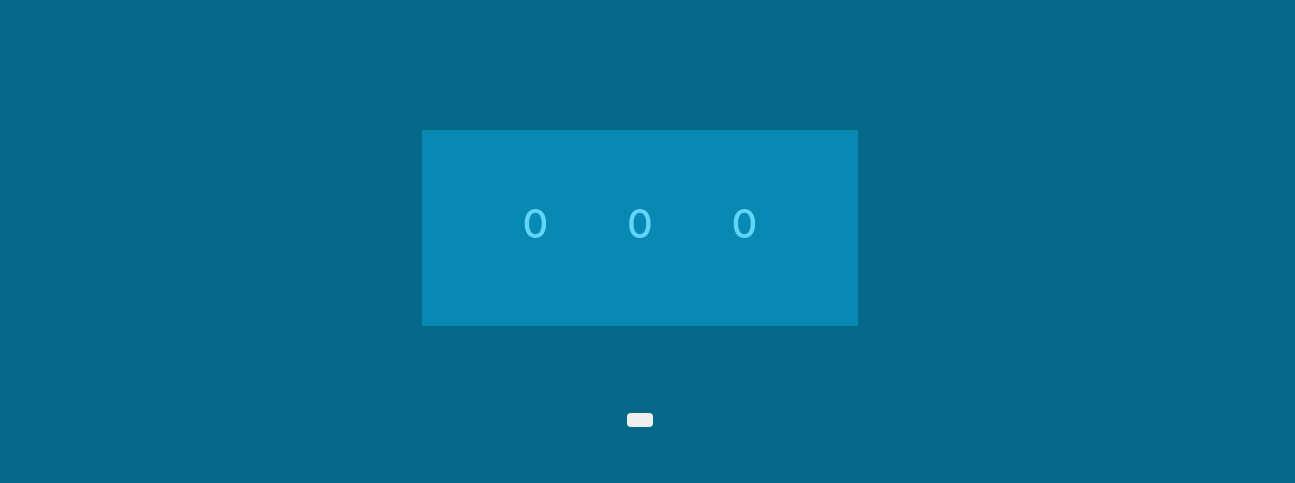
Repository: moiz9265/stopwatch
Page: index.html
These files come from the project's save history. The page is drawn as it stood at one moment and after a run of saves; the edit follows.
The browser window is 1280 px wide. The page is 1295 px wide, so the pictures cover 1295 px, including what lies to the right of the window. The pictures show the whole page.

Above is the page before, as saved 2020-07-09 22:58:55.

After the next 2 saves:
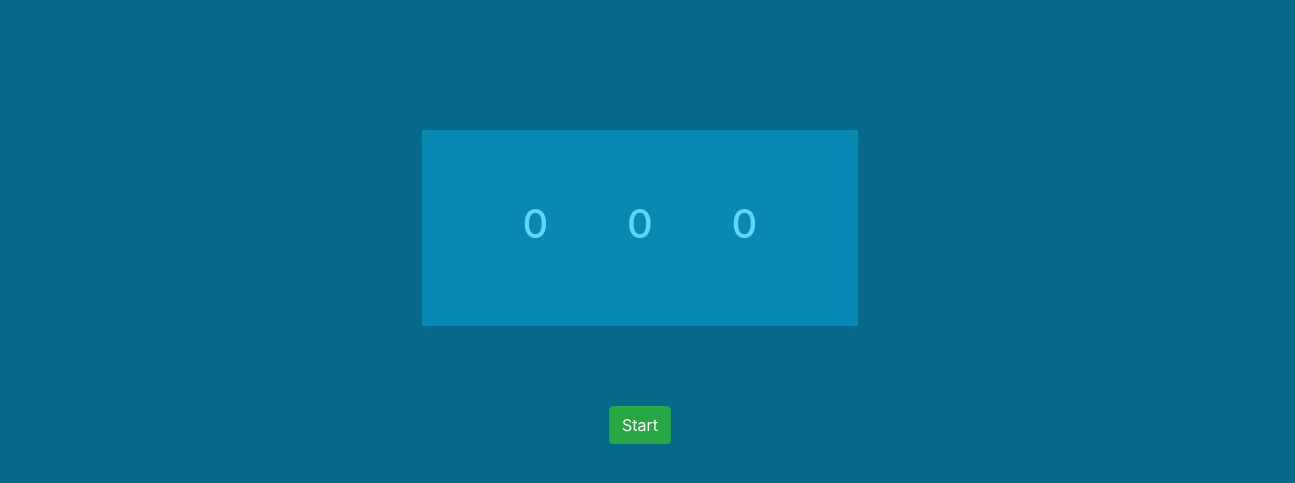
The 2 saves are shown as one change because they came seconds apart.
The last was saved 17 s later.
--- a/index.html
+++ b/index.html
@@ -32,7 +32,7 @@
 
             </div>
             <div  style=" text-align: center;" class="col-sm-12 col-md-4">
-               <button class="btn btn-md "></button>
+               <button class="btn btn-md btn-success">Start</button>
             </div>
             <div class="col-md-4">
 
